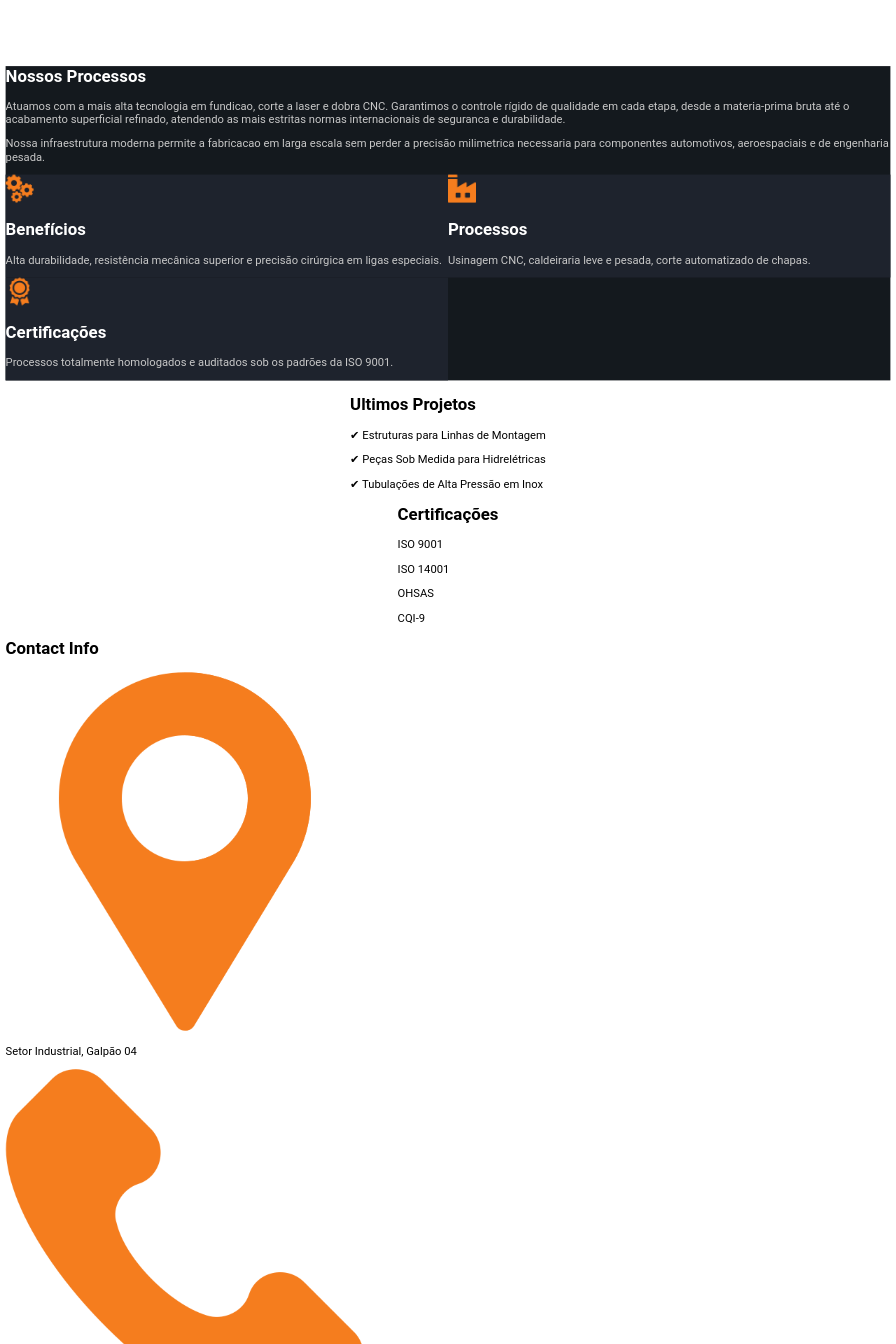
Repository: guiCherpinski/landing-page-metalurgica
Page: index.html
The author's editor kept a copy of each file at every save. The page is drawn from the files as they stood at one save, then again after the next save.
The browser window is 1280 px wide. The pictures show the part of the page from y = 568 to 2488 px (the page is 4478 px tall before and 4517 px after), at 70% of full size.

Above is the page before, as saved 2026-06-03 20:27:33.

### index.html
<!DOCTYPE html>
<html lang="pt-br">
<head>
    <meta charset="UTF-8">
    <meta name="viewport" content="width=device-width, initial-scale=1.0">
    <title>Metalúrgica</title>
    <link rel="stylesheet" href="style.css">
</head>
<body>
    <header>
        <nav>
            <h1>Metalúrgica <span>MI80</span></h1>

            <div class = "buttons">
                <a href="/">Home</a>
                <a href="/">Serviços</a>
                <a href="/">Projetos</a>
                <a href="/">Contatos</a>
                <button>Faça uma Cotação</button>
            </div>
        </nav>
    </header>

    <main>
        <section class = "hero-section">
            <img src="./img/homem-serrando.png" alt="Foto de um Soldador">
            <div class = "text-hero">
                <h2>Soluções Metalúrgicas de Precisão</h2>
                <p>Expertise no desenvolvimento e usinagem de maquinários, estruturas industriais de alta performance e projetos personalizados em aço</p>
            </div>
        </section>
    </main>

    <section class = "our-process">

        <h2>Nossos Processos</h2>

        <p>Atuamos com a mais alta tecnologia em fundicao, corte a laser e dobra CNC. Garantimos o
            controle rígido de qualidade em cada etapa, desde a materia-prima bruta até o acabamento
            superficial refinado, atendendo as mais estritas normas internacionais de seguranca e
            durabilidade.
        </p>

        <p>Nossa infraestrutura moderna permite a fabricacao em larga escala sem perder a precisão
            milimetrica necessaria para componentes automotivos, aeroespaciais e de engenharia
            pesada.
        </p>

        <section class = "articles">
            <article class = "article-benefits">
                <img src="./img/settings-gears.png" alt="Icone de engrenagens">
                <h2>Benefícios</h2>
                <p>Alta durabilidade, resistência mecânica superior e precisão cirúrgica em ligas especiais.</p>
            </article>

            <article class = "article-process">
                <img src="./img/industry.png" alt="Icone de industria">
                <h2>Processos</h2>
                <p>Usinagem CNC, caldeiraria leve e pesada, corte automatizado de chapas.</p>
            </article>

            <article class = "article-certificates">
                <img src="./img/medal.png" alt="Icone de medalha">
                <h2>Certificações</h2>
                <p>Processos totalmente homologados e auditados sob os padrões da ISO 9001.</p>
            </article>
        </section>
    </section>

    <section class = "last-projects">
        <h2>Ultimos Projetos</h2>
        <p>✔ Estruturas para Linhas de Montagem </p>
        <p>✔ Peças Sob Medida para Hidrelétricas</p>
        <p>✔ Tubulações de Alta Pressão em Inox</p>
    </section>

    <section class = "certificates">
        <h2>Certificações</h2>
        <p>ISO 9001</p>
        <p>ISO 14001</p>
        <p>OHSAS</p>
        <p>CQI-9</p>
    </section>


    <footer class = "rodape">
        <section>
            <h2>Contact Info</h2>

            <article>
                <img src="./img/placeholder.png" alt="Icone pin">
                <p>Setor Industrial, Galpão 04</p>
            </article>

            <article>
                <img src="./img/phone-call.png" alt="Icone de telefone">
                <p>(31) 6553-3352</p>
            </article>

            <article>
                <img src="./img/email.png" alt="Icone email">
                <p>contato@metalurgica-exemplo.com</p>
            </article>
        </section>

        <section>
            <h2>Quick Links</h2>
            <p>Política de Privacidade</p>
            <p>Trabalhe Conosco</p>
            <p>Portal do Cliente</p>
        </section>

        <section>
            <h2>Social Media</h2>
            <img src="./img/linkedin.png" alt="Icone linkedin">
            <img src="./img/instagram.png" alt="Icone instagram">
            <img src="./img/facebook.png" alt="Icone facebook">
            <img src="./img/youtube.png" alt="Icone youtube">
        </section>
    </footer>


</body>
</html>

### style.css
body{
    font-family: 'Roboto' , sans-serif;
    justify-items: center;
    /*background: #0A0A14;*/
}

header{
    background: #14191E;
    width: 1100px;
    border-bottom: 1px solid #2D2929;
}

header h1{
    color: white;
}

header h1 span {
    color: #FA776E;
}

header nav {
    display: flex;
    align-items: center;
    justify-content: space-between;
    margin-left: 25px;
    margin-right: 25px;
}

header nav a {
    margin-left: 10px;
    margin-right: 10px;
    text-decoration: none;
    color: #C8C8C8;
}


header button {
    width:140px;
    height: 35px;
    background: #F57D1E;
    border: none;
    border-radius: 4px;
    color: white;
}

header button:hover{
    cursor: pointer;
    background:#CC5500;
}

.hero-section img{
    width: 1100px;
    height: 400px;
}

.text-hero{
    background: #14191E;
    border-left: 3px solid #F57D1E;
    width: 500px;
    padding: 20px;
    position: relative;
    bottom: 200px;
    left: 40px;
}

.text-hero h2{
    color: white;
}

.text-hero p{
    color: #c8c8c8;
}

.articles{
    display: grid;
    grid-template-columns: 1fr 1fr;
    grid-column: 1 / -1;
}

.our-process{
    background: #14191E;
}

.our-process h2{
    color: white;
}

.our-process p{
    color: #c8c8c8;
}

.our-process img{
    width: 40px;
    height: 40px;
}

.article-benefits{
    background: #1E232D;
}

.article-process{
    background: #1E232D;
}

.article-certificates{
    background: #1E232D;
}

After the next save:
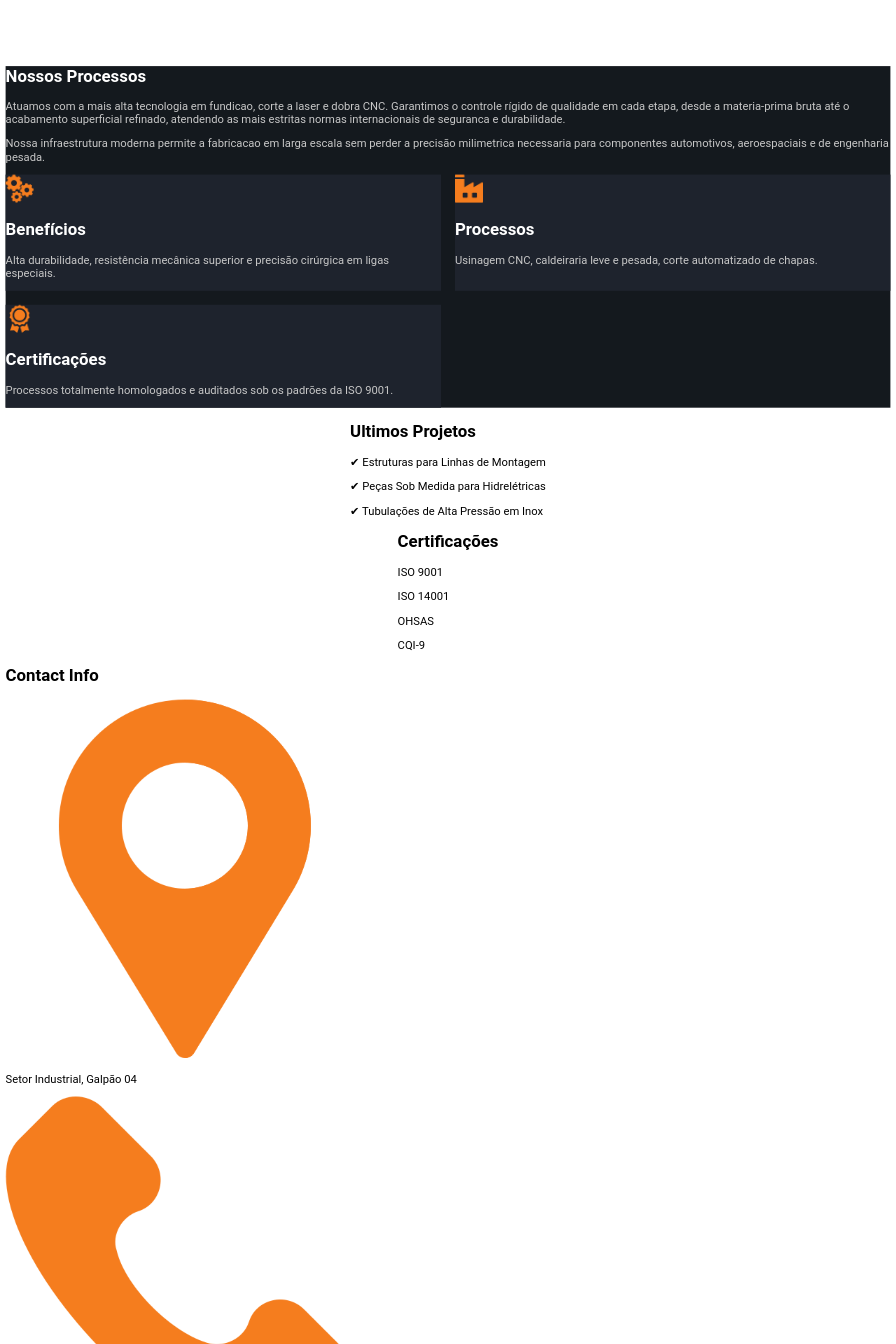
Saved 5 s later.
--- a/style.css
+++ b/style.css
@@ -74,7 +74,7 @@ header button:hover{
 .articles{
     display: grid;
     grid-template-columns: 1fr 1fr;
-    grid-column: 1 / -1;
+    gap: 20px;
 }
 
 .our-process{
